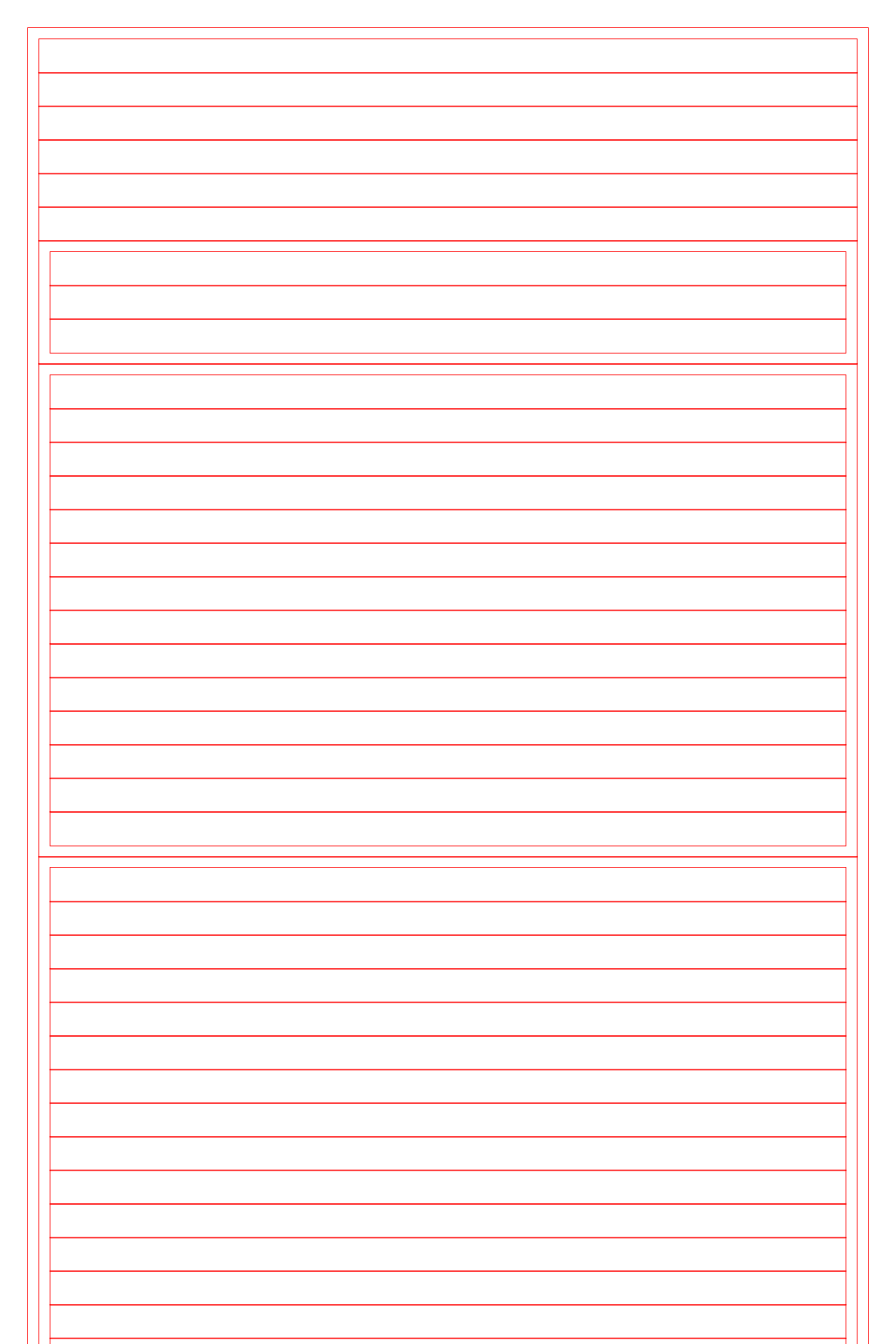
Repository: JacobSkilling-dot/Project1-Blog
Page: Week3-Blog.html
These files come from the project's save history. The page is drawn as it stood at one moment and after the next save; the edit follows.
The browser window is 1280 px wide. The pictures show the part of the page from y = 0 to 1920 px (the page is 2736 px tall before and 1200 px after), at 70% of full size.

Above is the page before, as saved 2023-01-18 16:21:53.

### Week3-Blog.html
<!DOCTYPE html>
<html lang="en">
<head>
    <meta charset="UTF-8">
    <meta http-equiv="X-UA-Compatible" content="IE=edge">
    <meta name="viewport" content="width=device-width, initial-scale=1.0">
    <title>Website Template</title>
    <link rel="stylesheet" href="style.css">
</head>
<body>
    <div class="main-content">
    <div class="logo"></div>
        <div class="search-bar"></div>
        <div class="social1"></div>
        <div class="social2"></div>
        <div class="social3"></div>
        <div class="pages"></div>

        <div class="images">
        <div class="large-img1"></div>
        <div class="large-img2"></div>
        <div class="large-img3"></div>
        </div>
<div class="body">
        <div class="header1"></div>
        <div class="body-text1"></div>
        <div class="larger-img1"></div>
        <div class="small-image1"></div>
        <div class="small-image2"></div>
        <div class="small-image3"></div>
        <div class="small-image4"></div>

        <div class="header2"></div>
        <div class="body-text2"></div>
        <div class="larger-img2"></div>
        <div class="small-image5"></div>
        <div class="small-image6"></div>
        <div class="small-image7"></div>
        <div class="small-image8"></div>
</div>

<div class="sidebar">
        <div class="sidebar-header1"></div>
        <div class="sidebar-text1"></div>
        <div class="sidebar-image1"></div>
        <div class="sidebar-text2"></div>
        <div class="sidebar-image2"></div>
        <div class="sidebar-text3"></div>
        <div class="sidebar-image3"></div>


        <div class="sidebar-header2"></div>
        <div class="sidebar-text4"></div>
        <div class="sidebar-image4"></div>
        <div class="sidebar-text5"></div>
        <div class="sidebar-image5"></div>
        <div class="sidebar-text6"></div>
        <div class="sidebar-image6"></div>
        <div class="sidebar-text7"></div>
        <div class="sidebar-image7"></div>
        <div class="sidebar-text8"></div>
        <div class="sidebar-image8"></div>

        <div class="sidebar-header3"></div>
        <div class="sidebar-text9"></div>
        <div class="sidebar-text10"></div>
        <div class="sidebar-text11"></div>
        <div class="sidebar-text12"></div>
        <div class="sidebar-text13"></div>
        <div class="sidebar-text11"></div>
        <div class="sidebar-text12"></div>
        <div class="sidebar-text13"></div>

        <div class="sidebar-header4">
        <div class="sidebar-text14"></div>
        </div>


        <div class="footer"></div>




        </div>
    </div>

</body>
</html>

### style.css
* {
    outline: 1px solid rgb(255, 0, 0);
    padding: 1rem;
    min-height: 1rem;
}

html, body, grammarly-desktop-integration {
    outline: none;
}

After the next save:
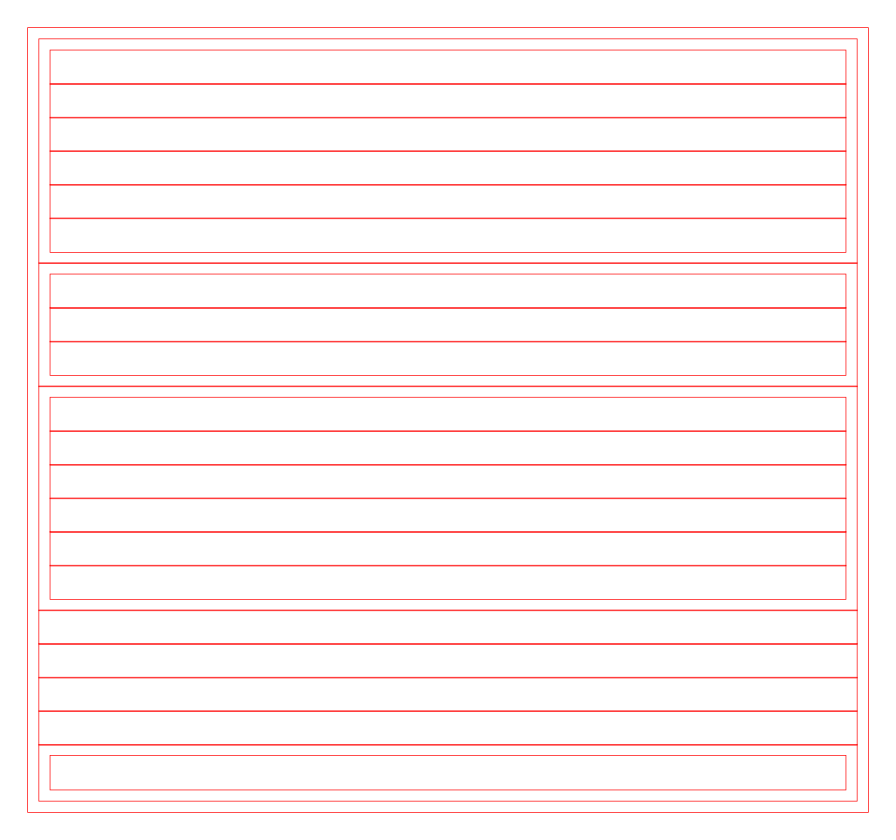
Saved 16 min 18 s later.
--- a/Week3-Blog.html
+++ b/Week3-Blog.html
@@ -8,78 +8,50 @@
     <link rel="stylesheet" href="style.css">
 </head>
 <body>
-    <div class="main-content">
-    <div class="logo"></div>
+
+<div class="main-content">
+
+<div class="header-content">
+        <div class="logo"></div>
         <div class="search-bar"></div>
         <div class="social1"></div>
         <div class="social2"></div>
         <div class="social3"></div>
         <div class="pages"></div>
+        </div>
 
-        <div class="images">
+    <div class="header-images">
         <div class="large-img1"></div>
         <div class="large-img2"></div>
         <div class="large-img3"></div>
         </div>
-<div class="body">
+
+    <div class="body">
         <div class="header1"></div>
         <div class="body-text1"></div>
         <div class="larger-img1"></div>
-        <div class="small-image1"></div>
-        <div class="small-image2"></div>
-        <div class="small-image3"></div>
-        <div class="small-image4"></div>
+
 
         <div class="header2"></div>
         <div class="body-text2"></div>
         <div class="larger-img2"></div>
-        <div class="small-image5"></div>
-        <div class="small-image6"></div>
-        <div class="small-image7"></div>
-        <div class="small-image8"></div>
+
+
 </div>
 
-<div class="sidebar">
-        <div class="sidebar-header1"></div>
-        <div class="sidebar-text1"></div>
-        <div class="sidebar-image1"></div>
-        <div class="sidebar-text2"></div>
-        <div class="sidebar-image2"></div>
-        <div class="sidebar-text3"></div>
-        <div class="sidebar-image3"></div>
-
-
-        <div class="sidebar-header2"></div>
-        <div class="sidebar-text4"></div>
-        <div class="sidebar-image4"></div>
-        <div class="sidebar-text5"></div>
-        <div class="sidebar-image5"></div>
-        <div class="sidebar-text6"></div>
-        <div class="sidebar-image6"></div>
-        <div class="sidebar-text7"></div>
-        <div class="sidebar-image7"></div>
-        <div class="sidebar-text8"></div>
-        <div class="sidebar-image8"></div>
-
-        <div class="sidebar-header3"></div>
-        <div class="sidebar-text9"></div>
-        <div class="sidebar-text10"></div>
-        <div class="sidebar-text11"></div>
-        <div class="sidebar-text12"></div>
-        <div class="sidebar-text13"></div>
-        <div class="sidebar-text11"></div>
-        <div class="sidebar-text12"></div>
-        <div class="sidebar-text13"></div>
-
-        <div class="sidebar-header4">
-        <div class="sidebar-text14"></div>
-        </div>
-
-
-        <div class="footer"></div>
+    <div class="sidebar1"></div>
+    <div class="sidebar2"></div>
+    <div class="sidebar3"></div>
+    <div class="sidebar4"></div>
 
 
 
+
+
+
+        <div class="sidebar">
+
+        <div class="footer"></div>
 
         </div>
     </div>
